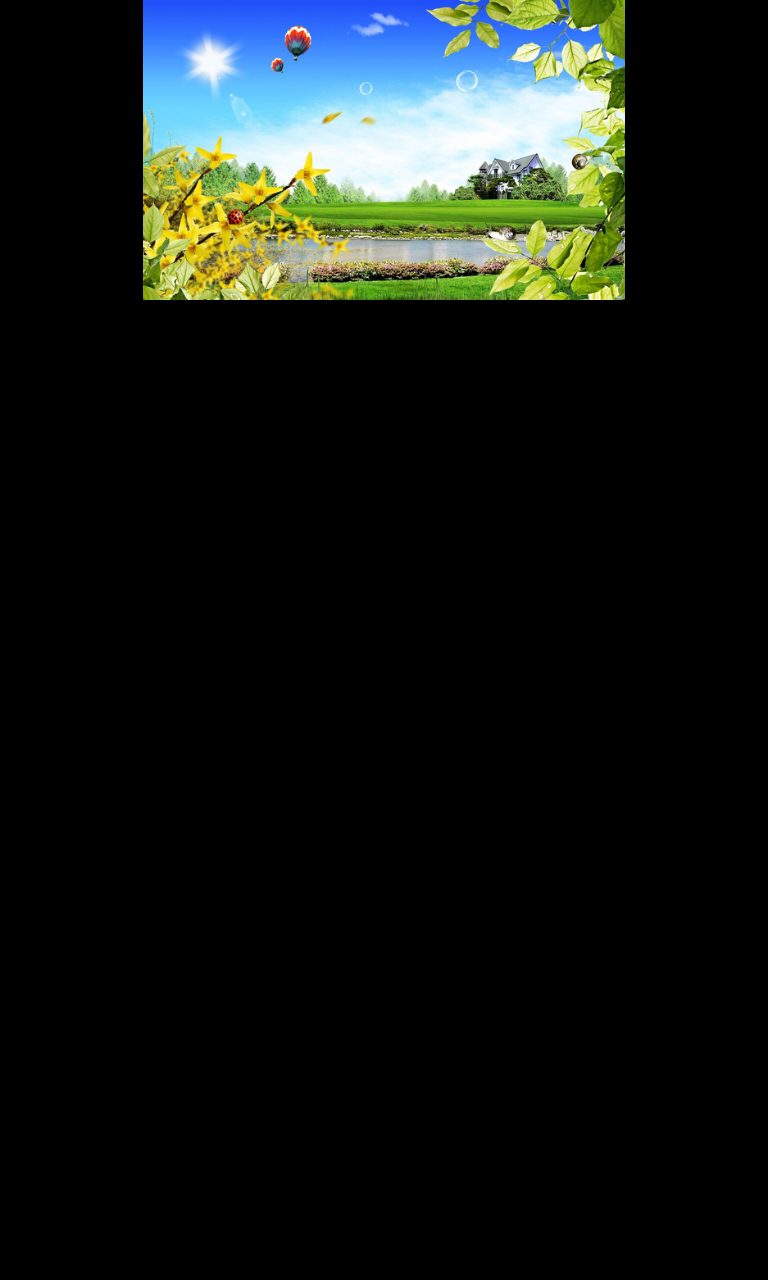
Repository: GuangmingChan/DevelopAndroidApp
Layout: demoImageView4/res/layout/main.xml
The author's editor kept a copy of each file at every save. The layout is drawn from the files as they stood at one save, then again after the next save.
It is drawn on a 768 x 1280 px phone screen (xhdpi) without system bars, with theme android:Theme.Holo; the app's code is not run.

Above is the layout before, as saved 2017-03-31 00:33:25.

### demoImageView4/res/layout/main.xml
<?xml version="1.0" encoding="utf-8"?>
<LinearLayout xmlns:android="http://schemas.android.com/apk/res/android"
    android:layout_width="fill_parent"
    android:layout_height="fill_parent"
    android:orientation="vertical" >

    <ImageView
        android:layout_width="fill_parent"
        android:layout_height="wrap_content"
        android:maxWidth="100dp"
        android:maxHeight="150dp"
        android:adjustViewBounds="true"
        android:scaleType="fitCenter"
        android:src="@drawable/sunshine"
        />

</LinearLayout>

After the next save:
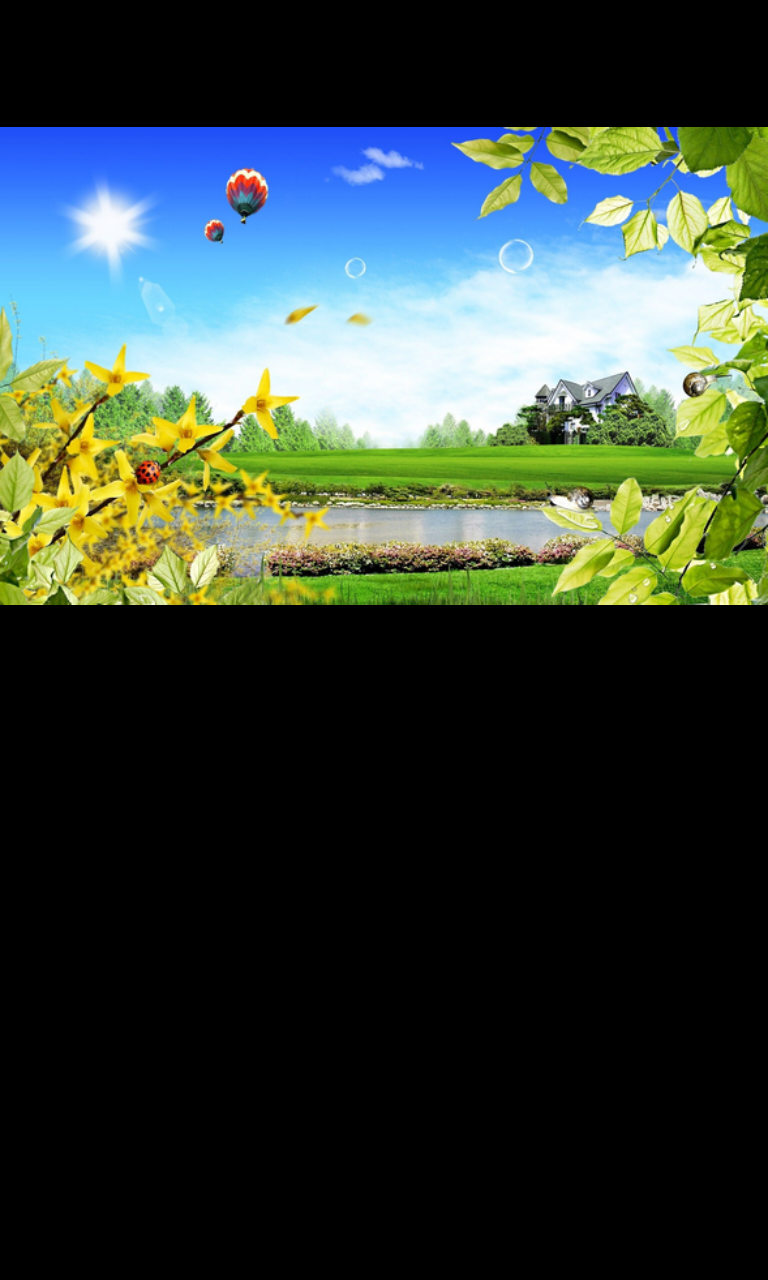
Saved 2 min 0 s later.
--- a/demoImageView4/res/layout/main.xml
+++ b/demoImageView4/res/layout/main.xml
@@ -9,7 +9,7 @@
         android:layout_height="wrap_content"
         android:maxWidth="100dp"
         android:maxHeight="150dp"
-        android:adjustViewBounds="true"
+
         android:scaleType="fitCenter"
         android:src="@drawable/sunshine"
         />

After the save that followed:
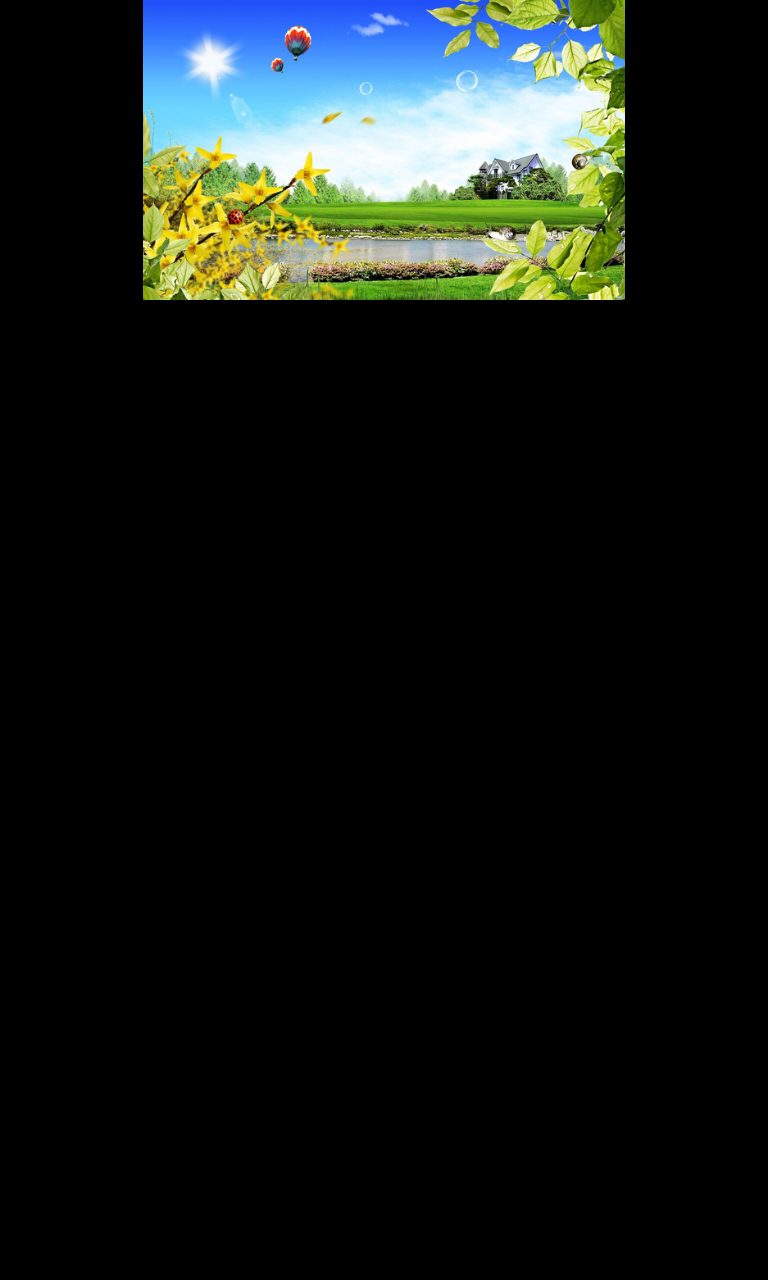
Saved 15 s later.
--- a/demoImageView4/res/layout/main.xml
+++ b/demoImageView4/res/layout/main.xml
@@ -9,7 +9,7 @@
         android:layout_height="wrap_content"
         android:maxWidth="100dp"
         android:maxHeight="150dp"
-
+        android:adjustViewBounds="true"
         android:scaleType="fitCenter"
         android:src="@drawable/sunshine"
         />
